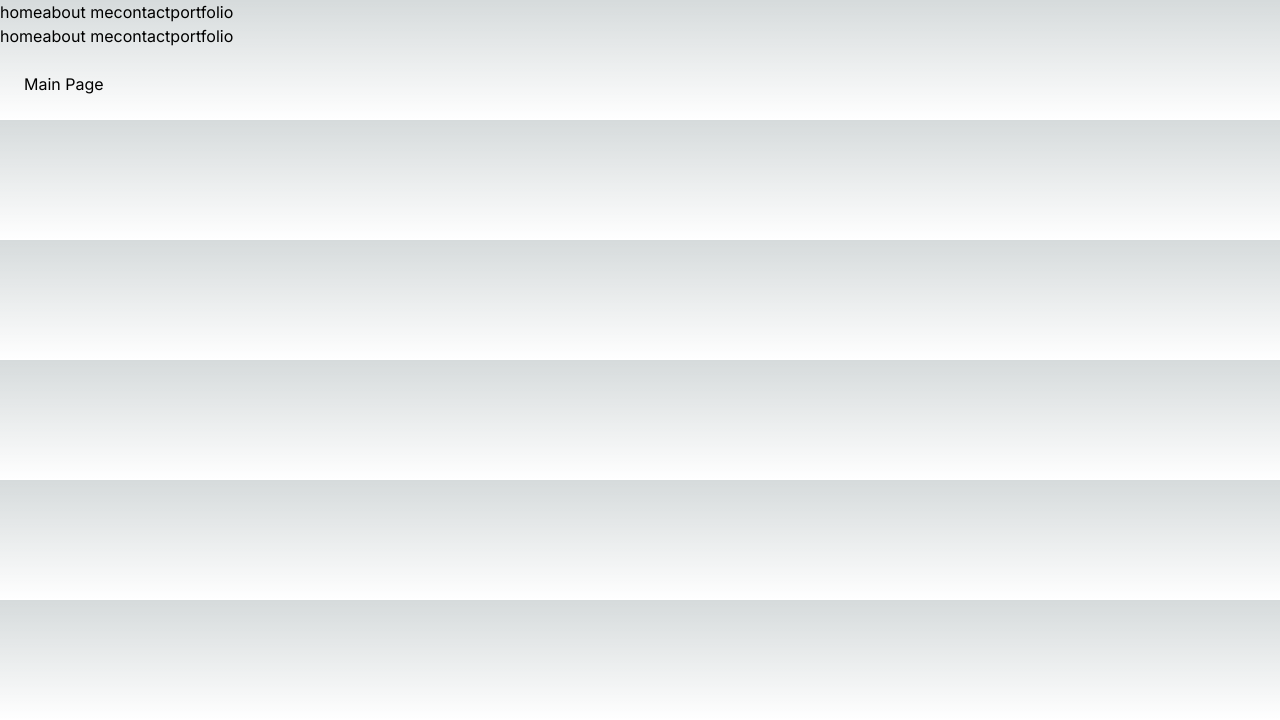
Repository: hubertrh/klaudia-personal-next
Page: /
These files come from the project's save history. The page is drawn as it stood at one moment and after the next save; the edit follows.
The browser window is 1280 px wide. The pictures show the whole page.
The project was rebuilt for these pictures with package versions that can differ from the ones it lists, and the page was loaded fresh each time. The framework's server and built-in components were replaced by stand-ins that run in the browser. Also part of the build but not shown: next.config.js.

Above is the page before, as saved 2023-08-11 09:24:52.

### app/layout.tsx
import './globals.css';
import type { Metadata } from 'next';
import { Inter } from 'next/font/google';
import Link from 'next/link';

const inter = Inter({ subsets: ['latin'] });

export const metadata: Metadata = {
  title: 'Klaudia Rogala-Haracz',
  description: 'Portrait and reportage photography. Based in London.',
};

export default function RootLayout({
  children,
}: {
  children: React.ReactNode;
}) {
  return (
    <html lang="en">
      <body className={inter.className}>
        <header>
          <nav>
            <Link href="#!">home</Link>
            <Link href="#!">about me</Link>
            <Link href="#!">contact</Link>
            <Link href="#!">portfolio</Link>
          </nav>
          <div></div>
        </header>
        {children}
      </body>
    </html>
  );
}

### app/(site)/layout.tsx
import '../globals.css';
import type { Metadata } from 'next';
import { Inter } from 'next/font/google';
import Link from 'next/link';

const inter = Inter({ subsets: ['latin'] });

export const metadata: Metadata = {
  title: 'Klaudia Rogala-Haracz',
  description: 'Portrait and reportage photography. Based in London.',
};

export default function RootLayout({
  children,
}: {
  children: React.ReactNode;
}) {
  return (
    <html lang="en">
      <body className={`${inter.className} mb-0`}>
        <header>
          <nav>
            <Link href="#!">home</Link>
            <Link href="#!">about me</Link>
            <Link href="#!">contact</Link>
            <Link href="#!">portfolio</Link>
          </nav>
          <div></div>
        </header>
        {children}
      </body>
    </html>
  );
}

### app/(site)/page.tsx
export default function Home() {
  return <div className="m-3 p-3">Main Page</div>;
}

Loaded but not shown: app/globals.css (common file); tailwind.config.js (common file)

After the next save:
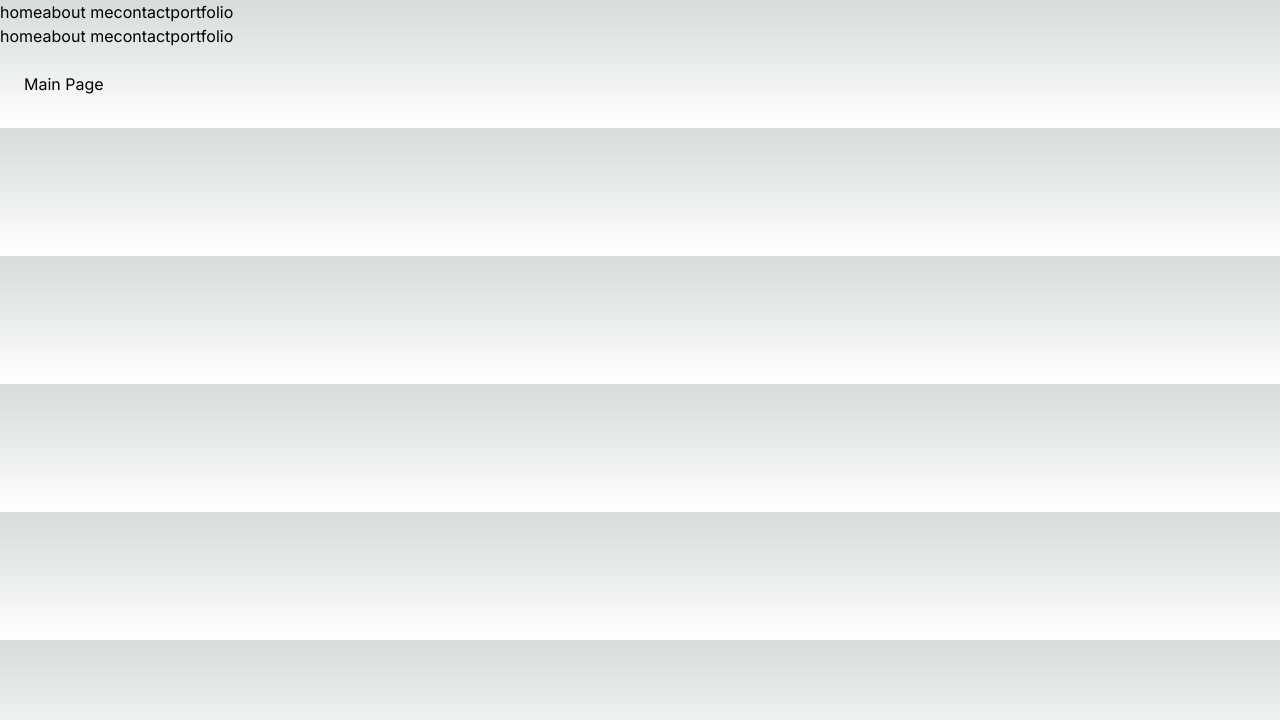
Saved 8 s later.
--- a/app/(site)/layout.tsx
+++ b/app/(site)/layout.tsx
@@ -17,7 +17,7 @@ export default function RootLayout({
 }) {
   return (
     <html lang="en">
-      <body className={`${inter.className} mb-0`}>
+      <body className={`${inter.className} mb-5`}>
         <header>
           <nav>
             <Link href="#!">home</Link>
